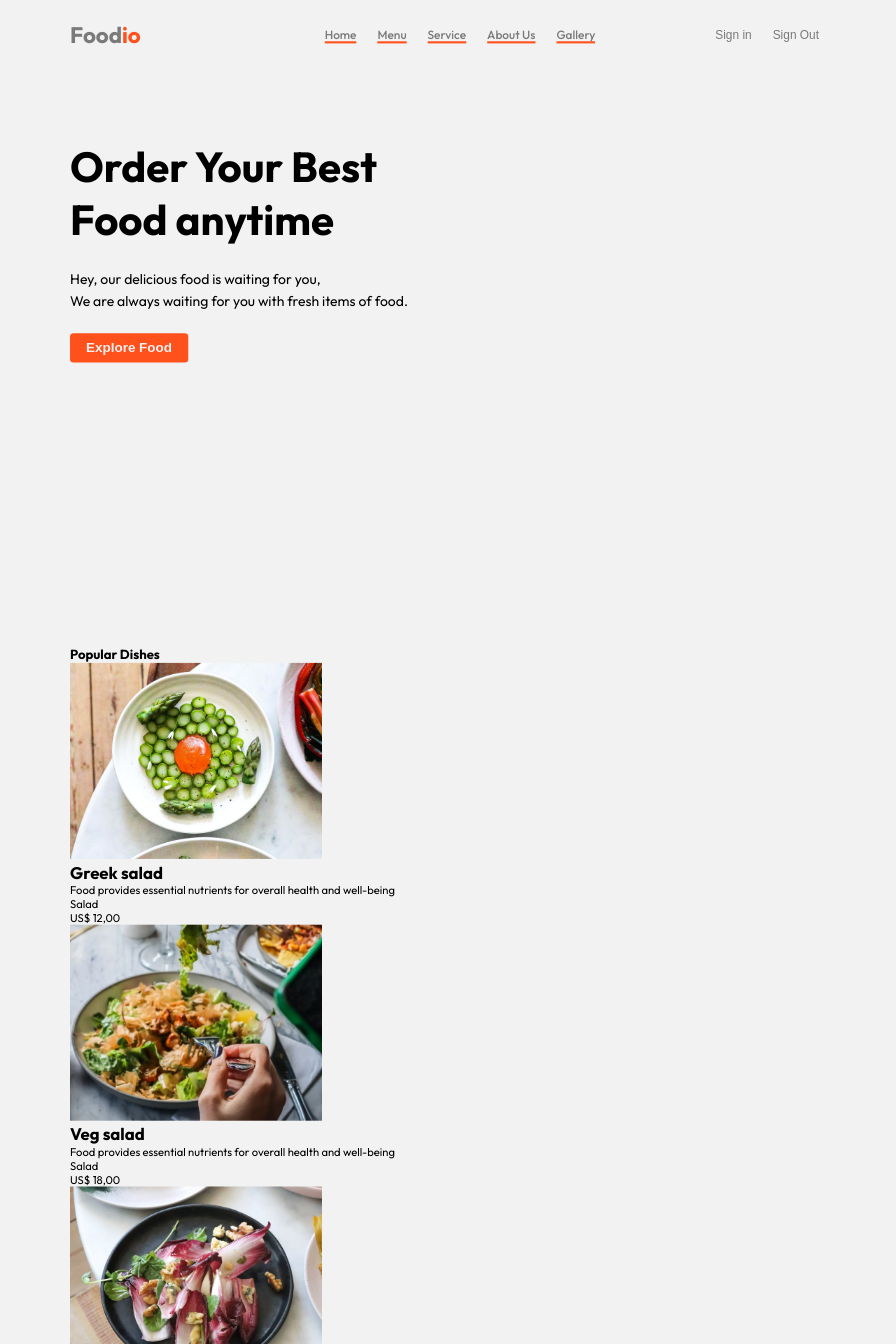
Repository: guilhermecardoso93/foodio
Page: /
The author's editor kept a copy of each file at every save. The page is drawn from the files as they stood at one save, then again after the next save.
The browser window is 1280 px wide. The pictures show the part of the page from y = 0 to 1920 px (the page is 12915 px tall before and 12955 px after), at 70% of full size.
The project was rebuilt for these pictures with package versions that can differ from the ones it lists, and the page was loaded fresh each time. Also part of the build but not shown: vite.config.js, src/index.css.

Above is the page before, as saved 2024-11-05 19:35:17.

After the next save:
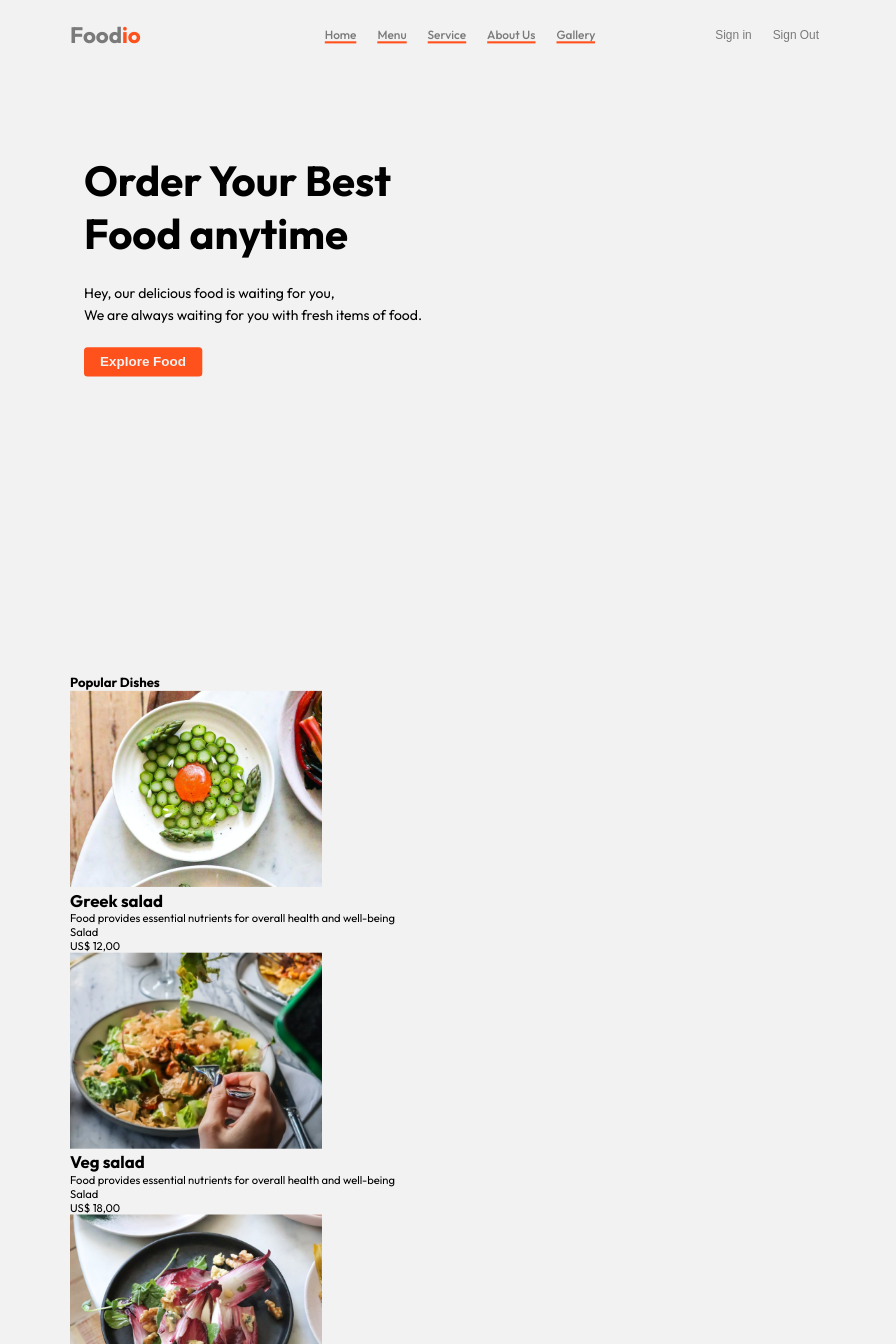
Saved 3 min 9 s later.
--- a/src/components/Main/index.jsx
+++ b/src/components/Main/index.jsx
@@ -9,7 +9,7 @@ import "./styles.css";
 export function Main() {
   return (
     <main>
-      <section>
+      <section className='grid'>
         <div className="content">
           <div className="content-left">
             <div className="info">
